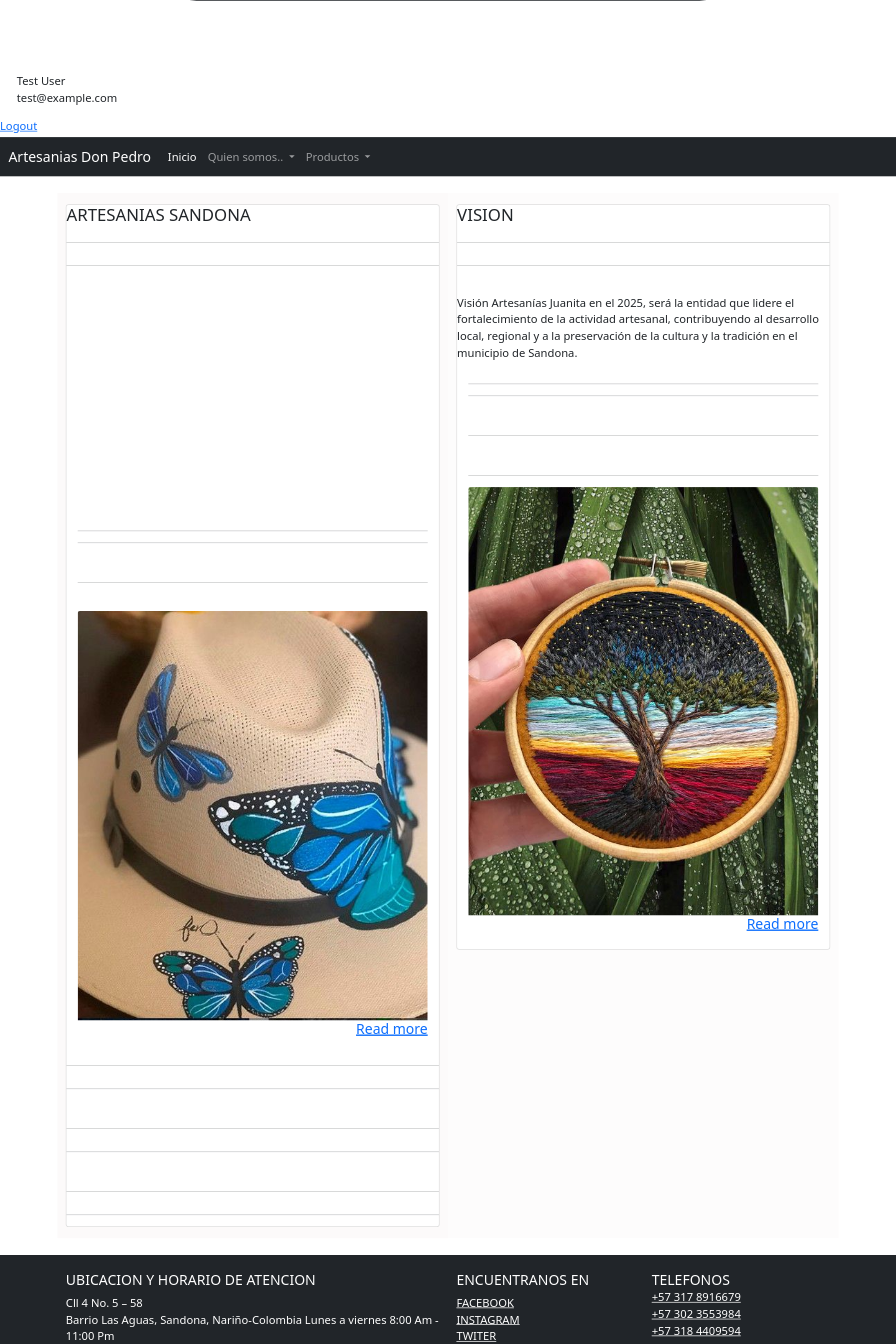
Repository: PG210/taller_artesania
Page: http://localhost/arte/vision
The author's editor kept a copy of each file at every save. The page is drawn from the files as they stood at one save, then again after the next save.
The browser window is 1280 px wide. The pictures show the part of the page from y = 2647 to 4567 px (the page is 4672 px tall), at 70% of full size.
Pictures or frames that could not be fetched are drawn as grey boxes. The page is served by the project's Laravel application, run on PHP 8.4 with Laravel 8. A made-up administrator, Test User (test@example.com), is signed in.

Above is the page before, as saved 2021-01-14 16:24:41.

After the next save:
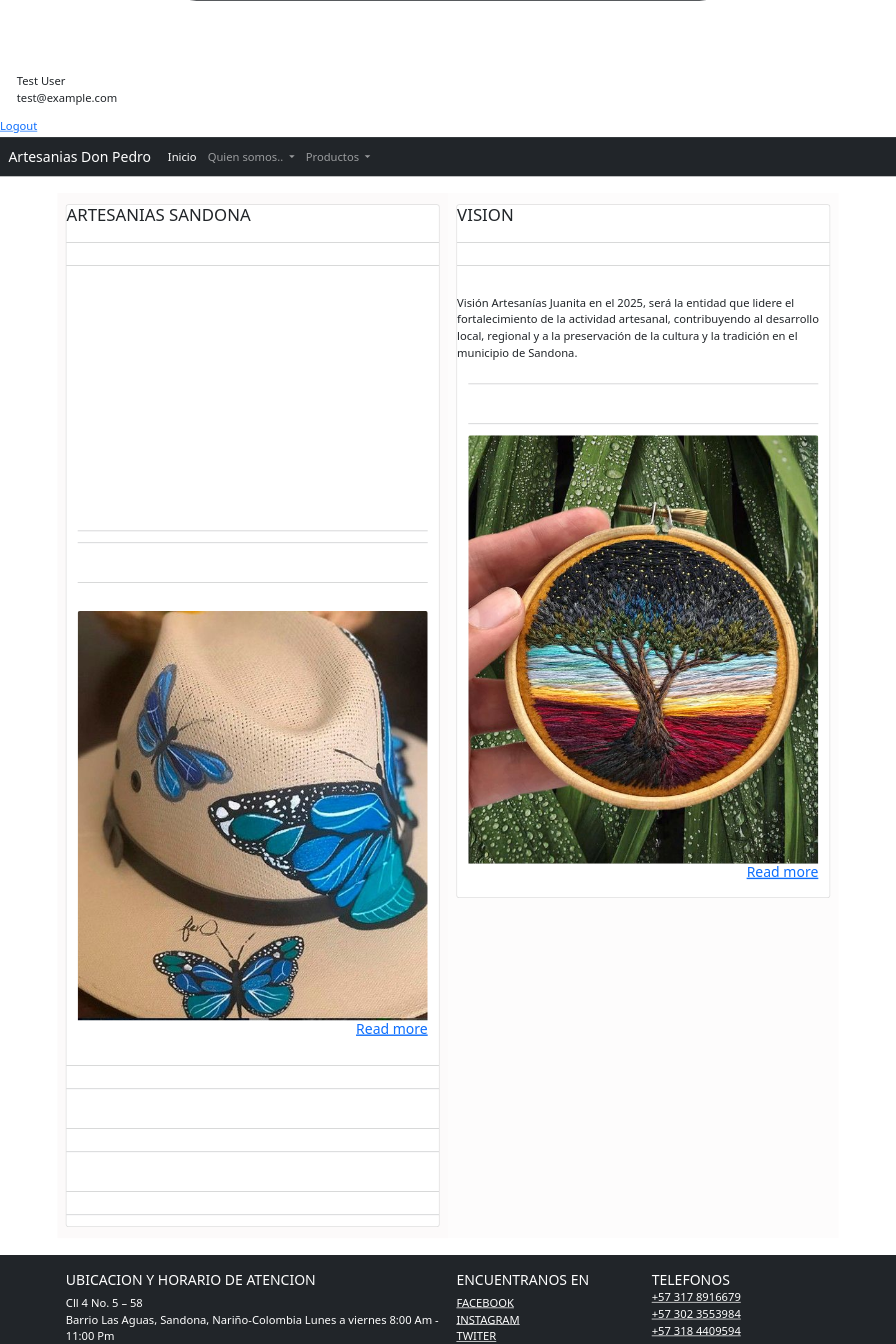
Saved 36 s later.
--- a/resources/views/arte/vision.blade.php
+++ b/resources/views/arte/vision.blade.php
@@ -100,9 +100,7 @@
 
                         <!-- Title -->
                         <h4 class="card-title"></h4>
-                        <hr class="hr-light">
-                        <hr class="hr-light">
-                        <br>
+
 
                         <hr class="hr-light">
                         <br>

After the save that followed:
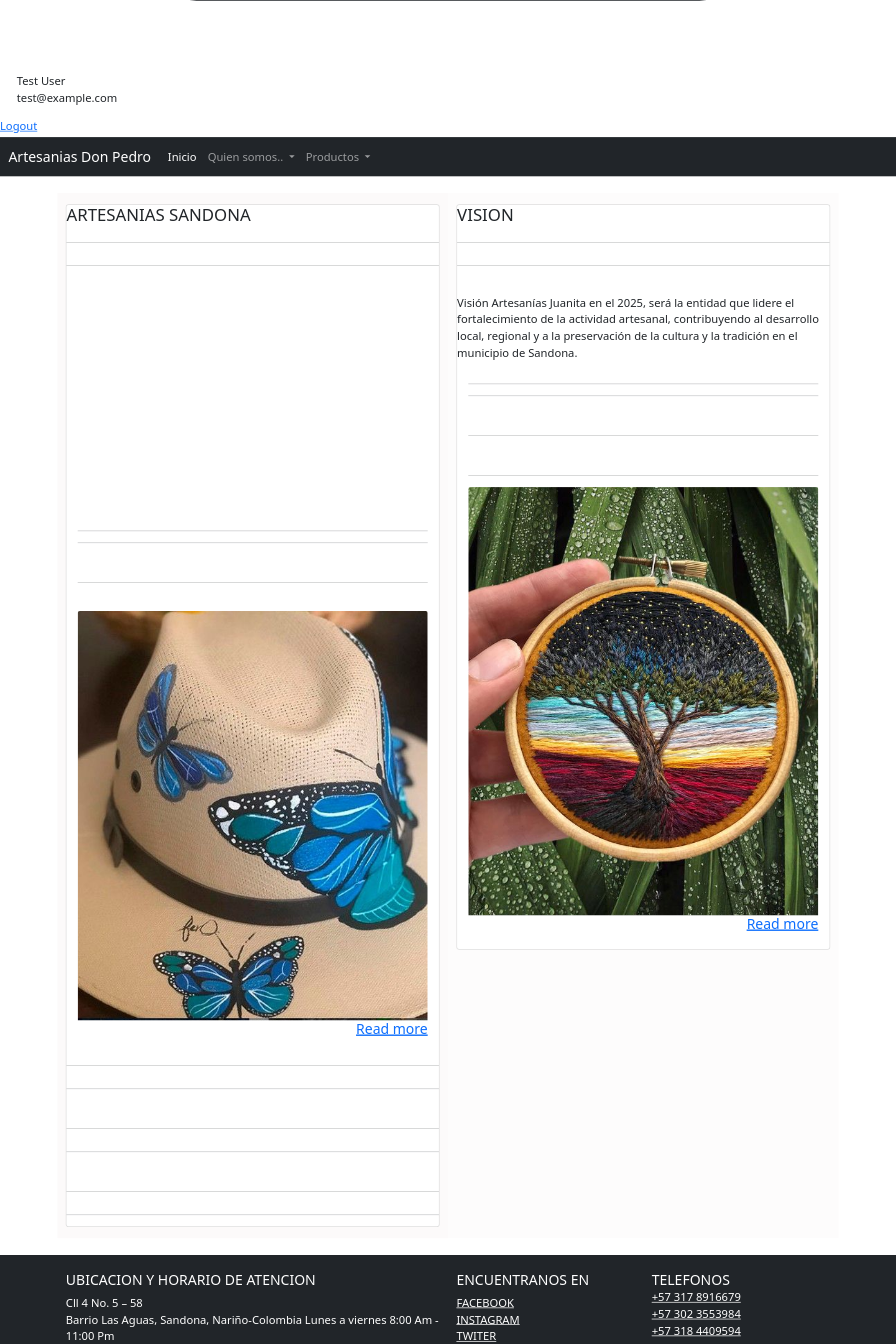
Saved 44 s later.
--- a/resources/views/arte/vision.blade.php
+++ b/resources/views/arte/vision.blade.php
@@ -100,7 +100,9 @@
 
                         <!-- Title -->
                         <h4 class="card-title"></h4>
-
+                        <hr class="hr-light">
+                        <hr class="hr-light">
+                        <br>
 
                         <hr class="hr-light">
                         <br>
